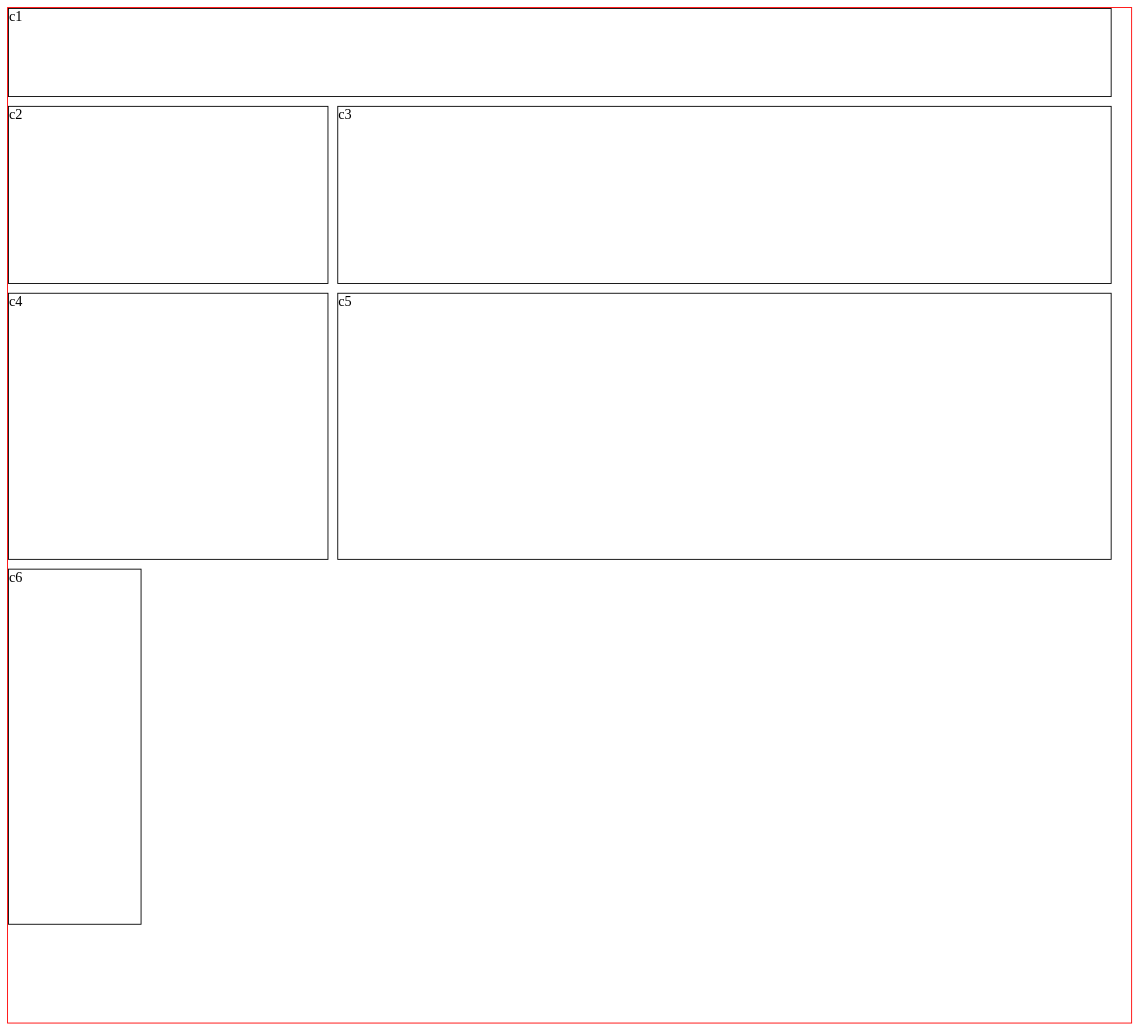
Repository: Hassanshaid/AptechPakwheels
Page: grid.html
The author's editor kept a copy of each file at every save. The page is drawn from the files as they stood at one save, then again after a run of saves.
The browser window is 1280 px wide. The pictures show the whole page, at 89% of full size.

Above is the page before, as saved 2024-05-18 21:39:34.

After the next 6 saves:
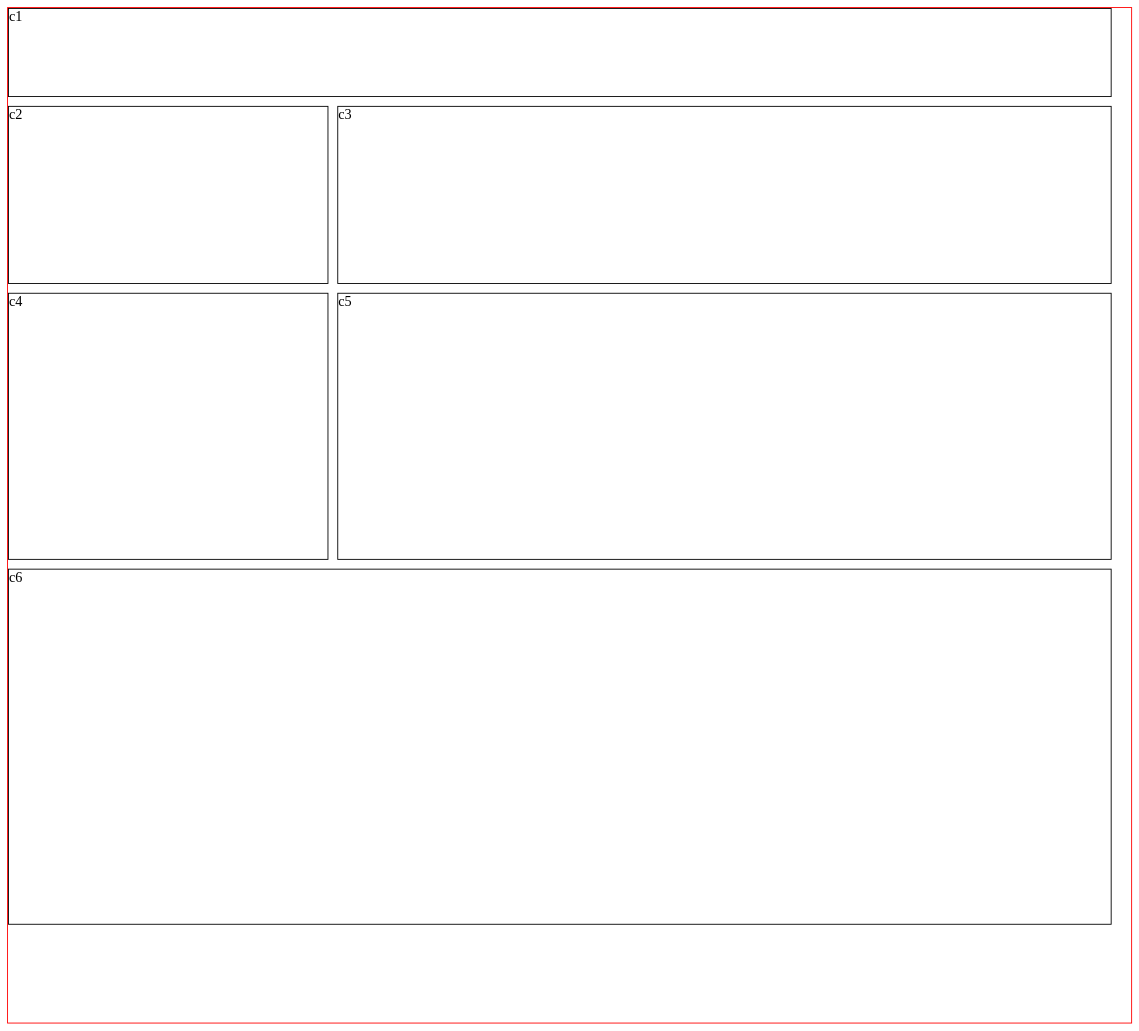
The 6 saves are shown as one change because they came seconds apart.
The last was saved 18 s later.
--- a/grid.css
+++ b/grid.css
@@ -23,3 +23,6 @@
 .c5{
     grid-column: 3/6;
 }
+.c6{
+    grid-column: 1/6;
+}
